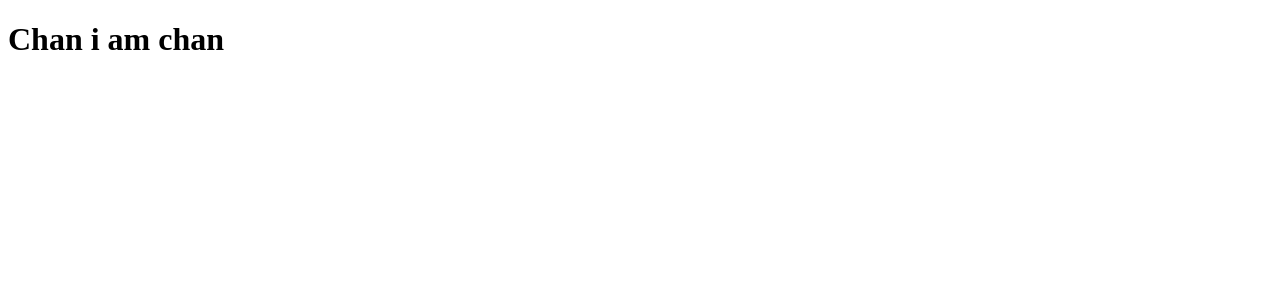
Repository: Sitnyein/sanji
Page: chan.html
An editor plug-in stored every save of this project. The page is shown before and after the next save, followed by the edit.
The browser window is 1280 px wide. The pictures show the whole page.

Above is the page before, as saved 2023-05-25 04:31:58.

After the next save:
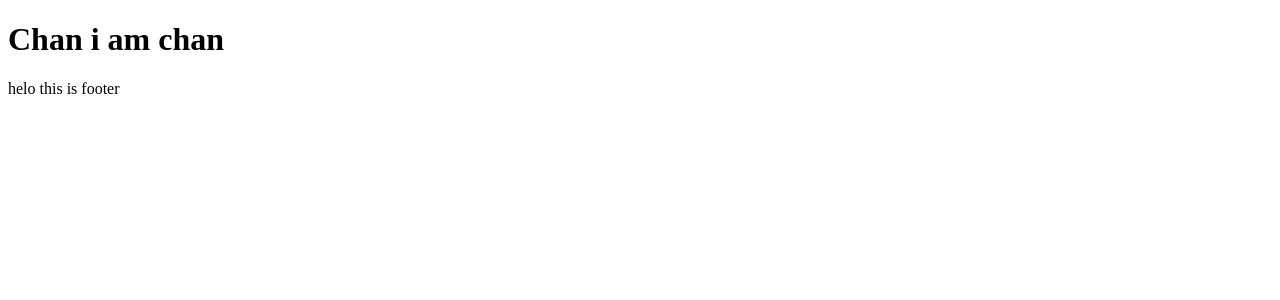
Saved 26 s later.
--- a/chan.html
+++ b/chan.html
@@ -8,6 +8,6 @@
 </head>
 <body>
     <h1>Chan i am chan</h1>
-
+    <footer>helo this is footer</footer>
 </body>
 </html>
